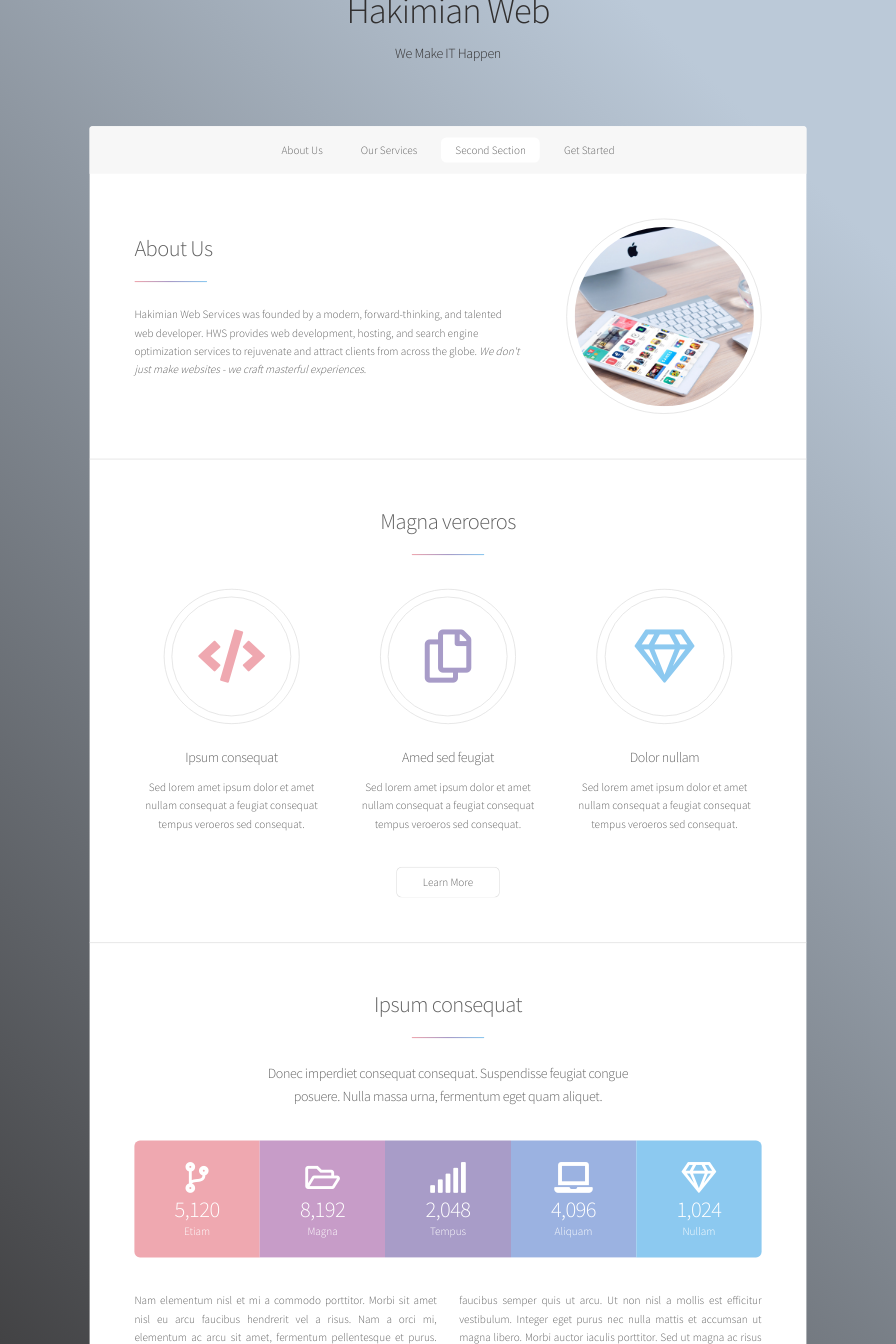
Repository: AidanHak/hakimianweb
Page: index.html
The author's editor kept a copy of each file at every save. The page is drawn from the files as they stood at one save, then again after the next save.
The browser window is 1280 px wide. The pictures show the part of the page from y = 315 to 2235 px (the page is 3340 px tall), at 70% of full size.

Above is the page before, as saved 2022-03-12 21:20:56.

### index.html
<!DOCTYPE HTML>
<!--
	Stellar by HTML5 UP
	html5up.net | @ajlkn
	Free for personal and commercial use under the CCA 3.0 license (html5up.net/license)
-->
<html>
	<head>
		<meta charset="utf-8" />
		<meta name="viewport" content="width=device-width, initial-scale=1, user-scalable=no" />

		<title>Hakimian Web Services</title>
		<meta name="description" content="We Make IT Happen">
		<meta name="author" content="Hakimian Web Services">

		<meta property="og:title" content="Hakimian Web Services">
		<meta property="og:type" content="website">
		<meta property="og:url" content="https://hakimianweb.com/">
		<meta property="og:description" content="We Make IT Happen">
		<meta property="og:image" content="https://hakimianweb.com/images/open-graph.png">
		<meta property="og:image:secure_url" content="https://hakimianweb.com/images/open-graph.png" />
		<meta property="og:image:type" content="image/png" />
		<meta property="og:image:width" content="2560">
		<meta property="og:image:height" content="2560">
		<meta property="og:image:alt" content="Hakimian Web Services" />

		<meta property="twitter:image" content="https://hakimianweb.com/images/open-graph.png"  />

		<link rel="apple-touch-icon" sizes="180x180" href="/apple-touch-icon.png">
		<link rel="icon" type="image/png" sizes="32x32" href="/favicon-32x32.png">
		<link rel="icon" type="image/png" sizes="16x16" href="/favicon-16x16.png">
		<link rel="manifest" href="/site.webmanifest">

		<link href="assets/css/fontawesome-all.min.css" rel="stylesheet">

		<link rel="preconnect" href="https://fonts.googleapis.com">
		<link rel="preconnect" href="https://fonts.gstatic.com" crossorigin>
		<link href="https://fonts.googleapis.com/css2?family=Source+Sans+Pro:wght@300;400&display=swap" rel="stylesheet">

		<link rel="stylesheet" href="assets/css/main.css" />
		<noscript><link rel="stylesheet" href="assets/css/noscript.css" /></noscript>
	</head>
	<body class="is-preload">

		<!-- Wrapper -->
			<div id="wrapper">

				<!-- Header -->
					<header id="header" class="alt">
						<span class="logo"><img src="images/logo.png" alt="Logo" /></span>
						<h1>Hakimian Web</h1>
						<p>We Make IT Happen</p>
					</header>

				<!-- Nav -->
					<nav id="nav">
						<ul>
							<li><a href="#intro" class="active">About Us</a></li>
							<li><a href="#first">Our Services</a></li>
							<li><a href="#second">Second Section</a></li>
							<li><a href="#cta">Get Started</a></li>
						</ul>
					</nav>

				<!-- Main -->
					<div id="main">

						<!-- Introduction -->
							<section id="intro" class="main">
								<div class="spotlight">
									<div class="content">
										<header class="major">
											<h2>About Us</h2>
										</header>
										<p>Hakimian Web Services was founded by a modern, forward-thinking, and talented web developer. HWS provides web development, hosting, and search engine optimization services to rejuvenate and attract clients from across the globe. <span class="italic">We don't just make websites - we craft masterful experiences</span>.</p>
										<div class="hidden">
											<ul class="actions">
												<li><a href="generic.html" class="button">Learn More</a></li>
											</ul>
										</div>
									</div>
									<span class="image"><img src="images/about-us.jpg" alt="" /></span>
								</div>
							</section>

						<!-- First Section -->
							<section id="first" class="main special">
								<header class="major">
									<h2>Magna veroeros</h2>
								</header>
								<ul class="features">
									<li>
										<span class="icon solid major style1 fa-code"></span>
										<h3>Ipsum consequat</h3>
										<p>Sed lorem amet ipsum dolor et amet nullam consequat a feugiat consequat tempus veroeros sed consequat.</p>
									</li>
									<li>
										<span class="icon major style3 fa-copy"></span>
										<h3>Amed sed feugiat</h3>
										<p>Sed lorem amet ipsum dolor et amet nullam consequat a feugiat consequat tempus veroeros sed consequat.</p>
									</li>
									<li>
										<span class="icon major style5 fa-gem"></span>
										<h3>Dolor nullam</h3>
										<p>Sed lorem amet ipsum dolor et amet nullam consequat a feugiat consequat tempus veroeros sed consequat.</p>
									</li>
								</ul>
								<footer class="major">
									<ul class="actions special">
										<li><a href="generic.html" class="button">Learn More</a></li>
									</ul>
								</footer>
							</section>

						<!-- Second Section -->
							<section id="second" class="main special">
								<header class="major">
									<h2>Ipsum consequat</h2>
									<p>Donec imperdiet consequat consequat. Suspendisse feugiat congue<br />
									posuere. Nulla massa urna, fermentum eget quam aliquet.</p>
								</header>
								<ul class="statistics">
									<li class="style1">
										<span class="icon solid fa-code-branch"></span>
										<strong>5,120</strong> Etiam
									</li>
									<li class="style2">
										<span class="icon fa-folder-open"></span>
										<strong>8,192</strong> Magna
									</li>
									<li class="style3">
										<span class="icon solid fa-signal"></span>
										<strong>2,048</strong> Tempus
									</li>
									<li class="style4">
										<span class="icon solid fa-laptop"></span>
										<strong>4,096</strong> Aliquam
									</li>
									<li class="style5">
										<span class="icon fa-gem"></span>
										<strong>1,024</strong> Nullam
									</li>
								</ul>
								<p class="content">Nam elementum nisl et mi a commodo porttitor. Morbi sit amet nisl eu arcu faucibus hendrerit vel a risus. Nam a orci mi, elementum ac arcu sit amet, fermentum pellentesque et purus. Integer maximus varius lorem, sed convallis diam accumsan sed. Etiam porttitor placerat sapien, sed eleifend a enim pulvinar faucibus semper quis ut arcu. Ut non nisl a mollis est efficitur vestibulum. Integer eget purus nec nulla mattis et accumsan ut magna libero. Morbi auctor iaculis porttitor. Sed ut magna ac risus et hendrerit scelerisque. Praesent eleifend lacus in lectus aliquam porta. Cras eu ornare dui curabitur lacinia.</p>
								<footer class="major">
									<ul class="actions special">
										<li><a href="generic.html" class="button">Learn More</a></li>
									</ul>
								</footer>
							</section>

						<!-- Get Started -->
							<section id="cta" class="main special">
								<header class="major">
									<h2>Congue imperdiet</h2>
									<p>Donec imperdiet consequat consequat. Suspendisse feugiat congue<br />
									posuere. Nulla massa urna, fermentum eget quam aliquet.</p>
								</header>
								<footer class="major">
									<ul class="actions special">
										<li><a href="generic.html" class="button primary">Get Started</a></li>
										<li><a href="generic.html" class="button">Learn More</a></li>
									</ul>
								</footer>
							</section>

					</div>

				<!-- Footer -->
					<footer id="footer">
						<section>
							<h2>Aliquam sed mauris</h2>
							<p>Sed lorem ipsum dolor sit amet et nullam consequat feugiat consequat magna adipiscing tempus etiam dolore veroeros. eget dapibus mauris. Cras aliquet, nisl ut viverra sollicitudin, ligula erat egestas velit, vitae tincidunt odio.</p>
							<ul class="actions">
								<li><a href="generic.html" class="button">Learn More</a></li>
							</ul>
						</section>
						<section>
							<h2>Contact Us</h2>
							<dl class="alt">
								<dt>Address</dt>
								<dd>90 Candy Lane &bull; Great Neck, NY 11023 &bull; USA</dd>
								<dt>Phone</dt>
								<dd><a href="tel:+15168505064">(516) 850-5064</a></dd>
								<dt>Email</dt>
								<dd><a href="mailto:support@hakimianweb.com">support@hakimianweb.com</a></dd>
							</dl>
							<ul class="icons">
								<li><a href="https://twitter.com/HakimianWeb" class="icon brands fa-twitter alt"><span class="label">Twitter</span></a></li>
								<li><a href="https://www.facebook.com/Hakimian-Web-Services-HWS-102713925694278/" class="icon brands fa-facebook-f alt"><span class="label">Facebook</span></a></li>
								<li><a href="https://www.instagram.com/hakimianweb/" class="icon brands fa-instagram alt"><span class="label">Instagram</span></a></li>
							</ul>
						</section>
						<p class="copyright">&copy; Hakimian Web Services. Design: <a href="https://html5up.net">HTML5 UP</a>.</p>
					</footer>

			</div>

		<!-- Scripts -->
		<script src="assets/js/jquery.min.js"></script>
		<script src="assets/js/jquery.scrollex.min.js"></script>
		<script src="assets/js/jquery.scrolly.min.js"></script>
		<script src="assets/js/browser.min.js"></script>
		<script src="assets/js/breakpoints.min.js"></script>
		<script src="assets/js/util.js"></script>
		<script src="assets/js/main.js"></script>

		<!-- Messenger Chat Plugin Code -->
		<div id="fb-root"></div>

		<!-- Your Chat Plugin code -->
		<div id="fb-customer-chat" class="fb-customerchat">
		</div>

		<script>
		var chatbox = document.getElementById('fb-customer-chat');
		chatbox.setAttribute("page_id", "102713925694278");
		chatbox.setAttribute("attribution", "biz_inbox");
		</script>

		<!-- Your SDK code -->
		<script>
		window.fbAsyncInit = function() {
			FB.init({
			xfbml            : true,
			version          : 'v13.0'
			});
		};

		(function(d, s, id) {
			var js, fjs = d.getElementsByTagName(s)[0];
			if (d.getElementById(id)) return;
			js = d.createElement(s); js.id = id;
			js.src = 'https://connect.facebook.net/en_US/sdk/xfbml.customerchat.js';
			fjs.parentNode.insertBefore(js, fjs);
		}(document, 'script', 'facebook-jssdk'));
		</script>
	</body>
</html>

Loaded but not shown: assets/css/fontawesome-all.min.css (library); assets/js/jquery.min.js (library); assets/js/jquery.scrollex.min.js (common file); assets/js/jquery.scrolly.min.js (common file); assets/js/browser.min.js (common file); assets/js/breakpoints.min.js (common file); assets/js/util.js (587 lines, source omitted); assets/js/main.js (123 lines, source omitted); assets/css/main.css (3797 lines, source omitted)

After the next save:
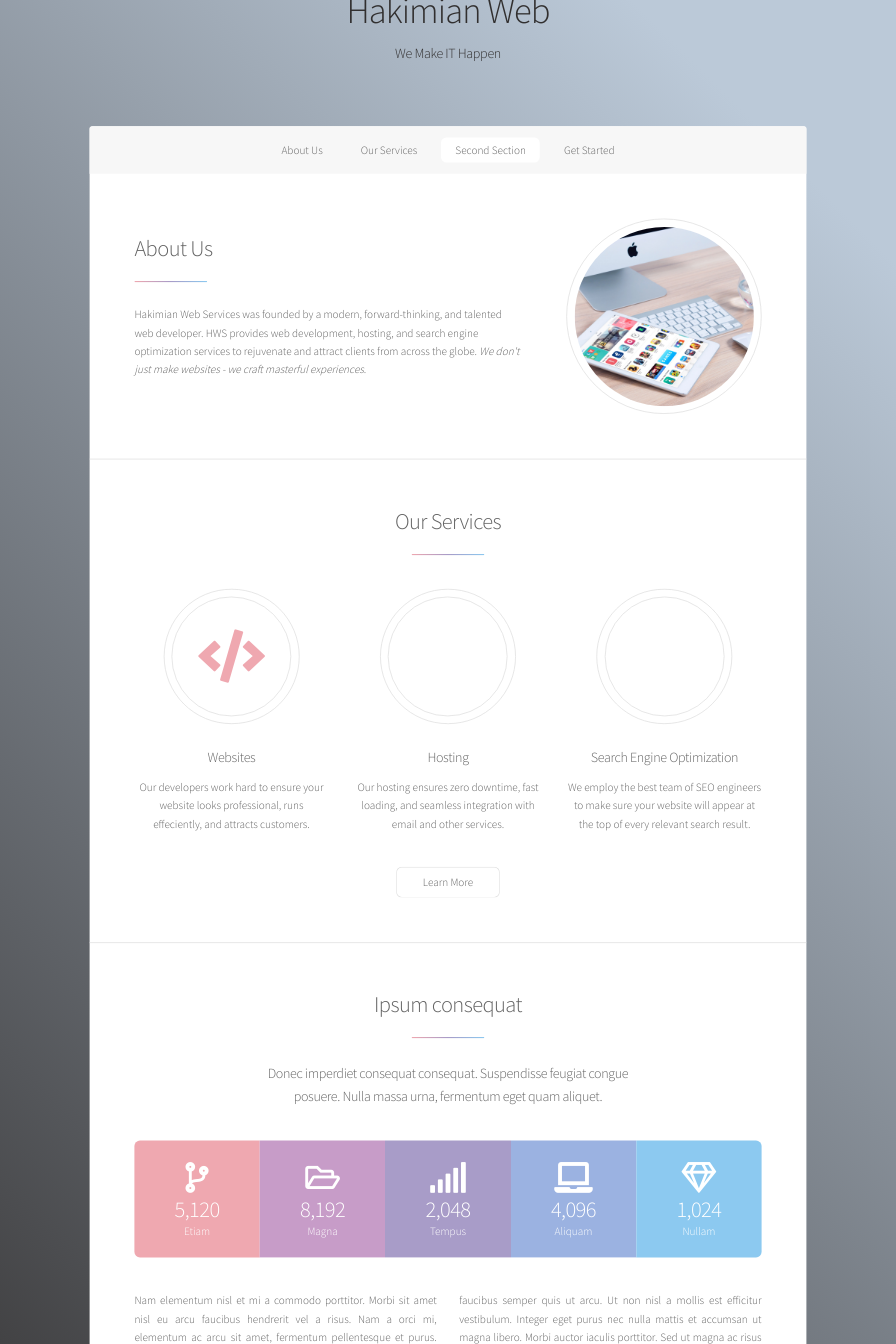
Saved 5 min 9 s later.
--- a/index.html
+++ b/index.html
@@ -86,23 +86,23 @@
 						<!-- First Section -->
 							<section id="first" class="main special">
 								<header class="major">
-									<h2>Magna veroeros</h2>
+									<h2>Our Services</h2>
 								</header>
 								<ul class="features">
 									<li>
 										<span class="icon solid major style1 fa-code"></span>
-										<h3>Ipsum consequat</h3>
-										<p>Sed lorem amet ipsum dolor et amet nullam consequat a feugiat consequat tempus veroeros sed consequat.</p>
+										<h3>Websites</h3>
+										<p>Our developers work hard to ensure your website looks professional, runs effeciently, and attracts customers.</p>
 									</li>
 									<li>
-										<span class="icon major style3 fa-copy"></span>
-										<h3>Amed sed feugiat</h3>
-										<p>Sed lorem amet ipsum dolor et amet nullam consequat a feugiat consequat tempus veroeros sed consequat.</p>
+										<span class="icon major style3 fa-server"></span>
+										<h3>Hosting</h3>
+										<p>Our hosting ensures zero downtime, fast loading, and seamless integration with email and other services.</p>
 									</li>
 									<li>
-										<span class="icon major style5 fa-gem"></span>
-										<h3>Dolor nullam</h3>
-										<p>Sed lorem amet ipsum dolor et amet nullam consequat a feugiat consequat tempus veroeros sed consequat.</p>
+										<span class="icon major style5 fa-searchengin"></span>
+										<h3>Search Engine Optimization</h3>
+										<p>We employ the best team of SEO engineers to make sure your website will appear at the top of every relevant search result.</p>
 									</li>
 								</ul>
 								<footer class="major">
